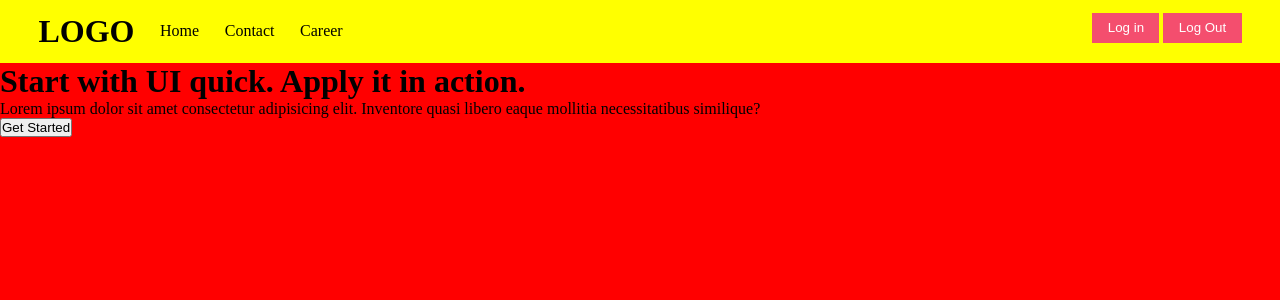
Repository: Ashishchakravartii/landingPage
Page: index.html
These files come from the project's save history. The page is drawn as it stood at one moment and after the next save; the edit follows.
The browser window is 1280 px wide. The pictures show the whole page.

Above is the page before, as saved 2024-07-24 12:37:25.

### index.html
<!DOCTYPE html>
<html lang="en">
  <head>
    <meta charset="UTF-8" />
    <meta name="viewport" content="width=device-width, initial-scale=1.0" />
    <title>Document</title>
    <link rel="stylesheet" href="style.css">
  </head>
  <body>
    <div class="main">
     <div class="navBar">
        <div class="navLeft">
        <h1>LOGO</h1>
        <a href="">Home</a>
        <a href="">Contact</a>
        <a href="">Career</a>
        </div>

        <div class="navRight">
            <button>Log in</button>
            <button>Log Out</button>
        </div>
     </div>
     <div class="bottomSec">
        <div class="bottomLeft">
            <h1>Start with UI quick. Apply it in action.</h1>
            <p>Lorem ipsum dolor sit amet consectetur adipisicing elit. Inventore quasi libero eaque mollitia necessitatibus similique?</p>
            <button>Get Started</button>
        </div>
        <div class="bottomRight"></div>
     </div>

    </div>
  </body>
</html>

### style.css
*{
    margin: 0;
    padding: 0;
    box-sizing: border-box;
}
html,
body{
    width: 100%;
    height: 100%;
}

.main{
    width: 100vw;
    height: 100vh;
    background-color: red;
}
.navBar{
    width: 100%;
    background-color: yellow;
    display: flex;
    justify-content: space-between;
    padding: 1vmax 3vmax;
}
.navLeft{
    display: flex;
    gap: 2vmax;
    align-items: center;
}
.navLeft>a{
    text-decoration: none;
    color: black;
}

.navRight>button{
    padding: 0.6vmax 1.2vmax;
    border: 0;
    color: white;
}
.navRight>button:first-child{
    background-color: #F44E6E;
}
.navRight>button:nth-child(2){
    background-color: #F44E6E;
}

After the next save:
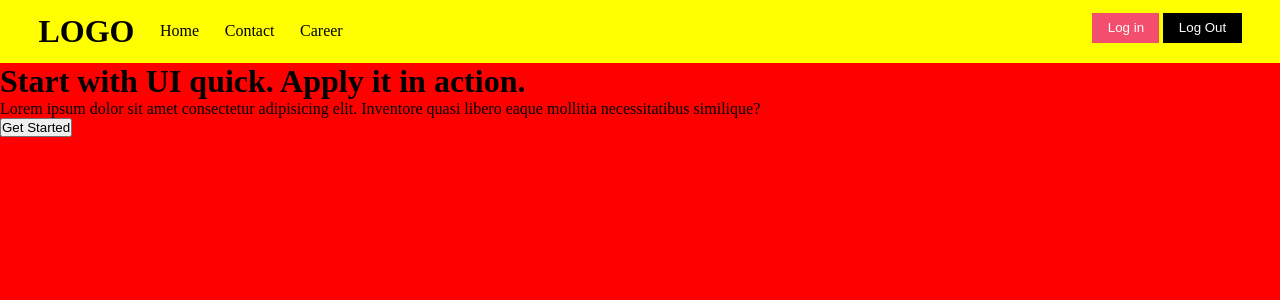
Saved 9 s later.
--- a/style.css
+++ b/style.css
@@ -40,5 +40,5 @@ body{
     background-color: #F44E6E;
 }
 .navRight>button:nth-child(2){
-    background-color: #F44E6E;
+    background-color: black;
 }
